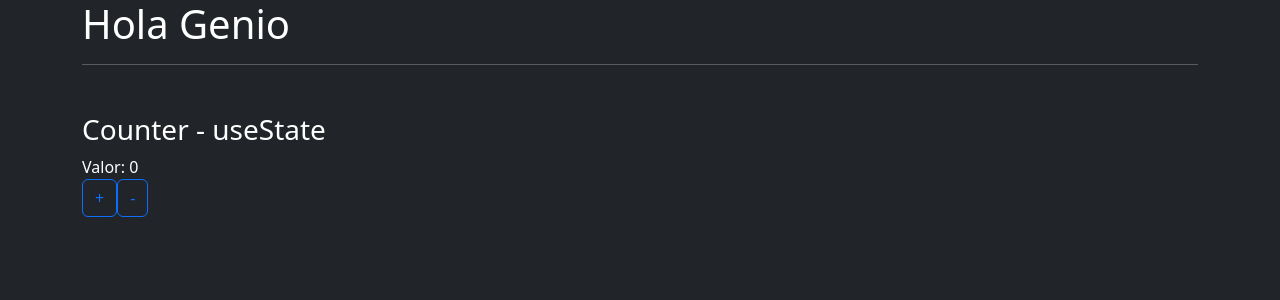
Repository: ChristianGecchelin/Typescript-Course1
Page: /
An editor plug-in stored every save of this project. The page is shown before and after the next save, followed by the edit.
The browser window is 1280 px wide. The pictures show the whole page.
The project was rebuilt for these pictures with package versions that can differ from the ones it lists, and the page was loaded fresh each time.

Above is the page before, as saved 2022-08-16 13:05:48.

### public/index.html
<!DOCTYPE html>
<html lang="en">
  <head>
    <meta charset="utf-8" />
    <link rel="icon" href="%PUBLIC_URL%/favicon.ico" />
    <meta name="viewport" content="width=device-width, initial-scale=1" />
    <meta name="theme-color" content="#000000" />
    <meta
      name="description"
      content="Web site created using create-react-app"
    />
    <link rel="apple-touch-icon" href="%PUBLIC_URL%/logo192.png" />
    <!--
      manifest.json provides metadata used when your web app is installed on a
      user's mobile device or desktop. See https://developers.google.com/web/fundamentals/web-app-manifest/
    -->
    <link rel="manifest" href="%PUBLIC_URL%/manifest.json" />
    <!--
      Notice the use of %PUBLIC_URL% in the tags above.
      It will be replaced with the URL of the `public` folder during the build.
      Only files inside the `public` folder can be referenced from the HTML.

      Unlike "/favicon.ico" or "favicon.ico", "%PUBLIC_URL%/favicon.ico" will
      work correctly both with client-side routing and a non-root public URL.
      Learn how to configure a non-root public URL by running `npm run build`.
    -->
    <!-- CSS only -->
    <link
      href="https://cdn.jsdelivr.net/npm/bootstrap@5.2.0/dist/css/bootstrap.min.css"
      rel="stylesheet"
      integrity="sha384-gH2yIJqKdNHPEq0n4Mqa/HGKIhSkIHeL5AyhkYV8i59U5AR6csBvApHHNl/vI1Bx"
      crossorigin="anonymous"
    />
    <title>React + TS</title>
  </head>
  <body class="container bg-dark text-white">
    <noscript>You need to enable JavaScript to run this app.</noscript>
    <div id="root"></div>
    <!--
      This HTML file is a template.
      If you open it directly in the browser, you will see an empty page.

      You can add webfonts, meta tags, or analytics to this file.
      The build step will place the bundled scripts into the <body> tag.

      To begin the development, run `npm start` or `yarn start`.
      To create a production bundle, use `npm run build` or `yarn build`.
    -->
  </body>
</html>

### src/App.tsx
import { Counter } from "./components/Counter";

function App() {
  return (
    <>
      <h1>Hola Genio</h1>
      <hr />
      <Counter/>
    </>
  );
}

export default App;

### src/components/Counter.tsx
import { useState } from "react";

export const Counter = () => {
  const [counter, setCounter] = useState(0);

  return (
    <div className="mt-5">
      <h3>Counter - useState</h3>
      <span>Valor: {counter}</span>
      <br />
      <button className="btn btn-outline-primary">+</button>
      <button className="btn btn-outline-primary">-</button>
    </div>
  );
};

Loaded but not shown: src/index.tsx (common file)

After the next save:
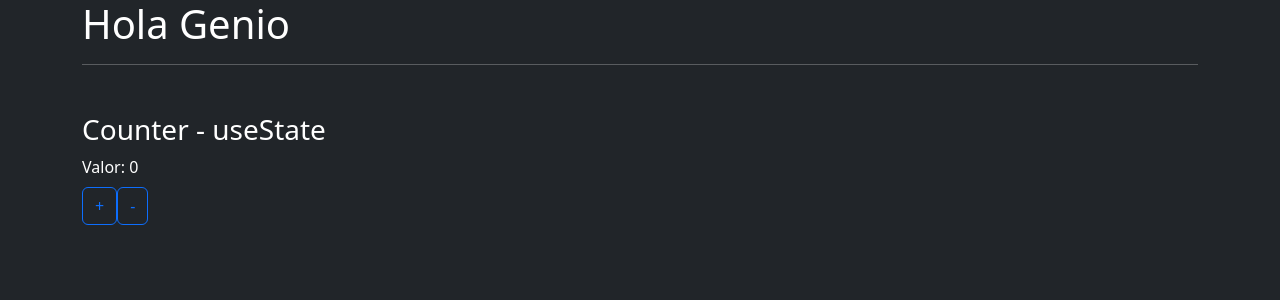
Saved 22 s later.
--- a/src/components/Counter.tsx
+++ b/src/components/Counter.tsx
@@ -8,8 +8,8 @@ export const Counter = () => {
       <h3>Counter - useState</h3>
       <span>Valor: {counter}</span>
       <br />
-      <button className="btn btn-outline-primary">+</button>
-      <button className="btn btn-outline-primary">-</button>
+      <button className="btn btn-outline-primary mt-2">+</button>
+      <button className="btn btn-outline-primary mt-2">-</button>
     </div>
   );
 };
